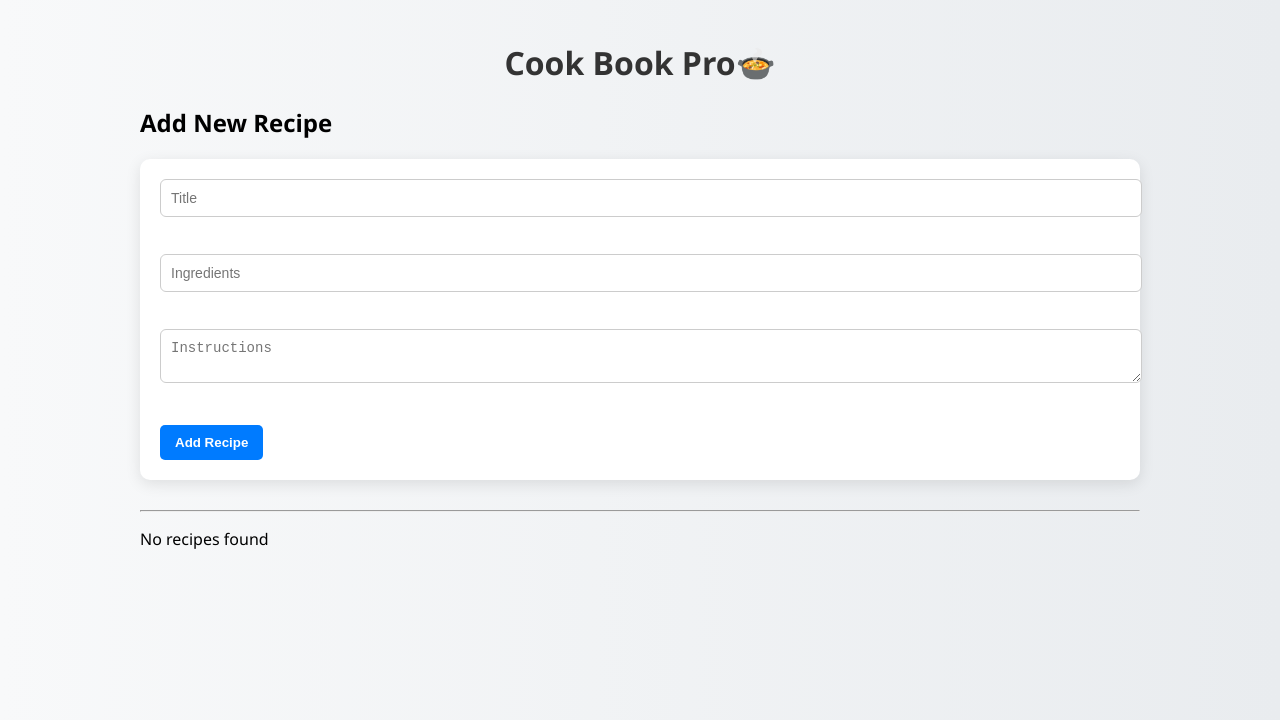
Repository: arshathdevo/recipeblogfrontend
Page: /
The author's editor kept a copy of each file at every save. The page is drawn from the files as they stood at one save, then again after a run of saves.
The browser window is 1280 px wide. The pictures show the whole page.
The page's requests for data from a server got no answer. The project was rebuilt for these pictures with package versions that can differ from the ones it lists, and the page was loaded fresh each time. No one was signed in, and anything a server would have sent is missing.

Above is the page before, as saved 2026-02-14 11:56:47.

### src/App.js
// import React, { useEffect, useState } from "react";
// import axios from "axios";


// function App() {
//   const [recipes, setRecipes] = useState([]);

//   useEffect(() => {
//     fetchRecipes();
//   }, []);

//   const fetchRecipes = async () => {
//     try {
//       const res = await axios.get("http://localhost:5000/api/recipes");
//       setRecipes(res.data);
//     } catch (error) {
//       console.error("Error fetching recipes:", error);
//     }
//   };
//   const [title, setTitle] = useState("");
// const [ingredients, setIngredients] = useState("");
// const [instructions, setInstructions] = useState("");

// const handleSubmit = async (e) => {
//   e.preventDefault();

//   try {
//     await axios.post("http://localhost:5000/api/recipes", {
//       title,
//       ingredients,
//       instructions,
//     });

//     // Clear form
//     setTitle("");
//     setIngredients("");
//     setInstructions("");

//     // Refresh recipe list
//     fetchRecipes();
//   } catch (error) {
//     console.error("Error adding recipe:", error);
//   }
// };


//   return (
//     <div style={{ padding: "20px" }}>
//       <h1>Recipe Blog App 🍲</h1>

//       {recipes.length === 0 ? (
//         <p>No recipes found</p>
//       ) : (
//         recipes.map((recipe) => (
//           <div
//             key={recipe._id}
//             style={{
//               border: "1px solid #ccc",
//               padding: "10px",
//               margin: "10px 0",
//             }}
//           >
//             <h2>Add New Recipe</h2>
// <form onSubmit={handleSubmit}>
//   <input
//     type="text"
//     placeholder="Title"
//     value={title}
//     onChange={(e) => setTitle(e.target.value)}
//   />
//   <br /><br />

//   <input
//     type="text"
//     placeholder="Ingredients"
//     value={ingredients}
//     onChange={(e) => setIngredients(e.target.value)}
//   />
//   <br /><br />

//   <textarea
//     placeholder="Instructions"
//     value={instructions}
//     onChange={(e) => setInstructions(e.target.value)}
//   />
//   <br /><br />

//   <button type="submit">Add Recipe</button>
// </form>

// <hr />

//             <h2>{recipe.title}</h2>
//             <p><strong>Ingredients:</strong> {recipe.ingredients}</p>
//             <p><strong>Instructions:</strong> {recipe.instructions}</p>
//           </div>
//         ))
//       )}
//     </div>
//   );
// }

// export default App;
import "./App.css";
import React, { useEffect, useState } from "react";
import axios from "axios";



function App() {
  const [recipes, setRecipes] = useState([]);
  const [title, setTitle] = useState("");
  const [ingredients, setIngredients] = useState("");
  const [instructions, setInstructions] = useState("");
  const [editId, setEditId] = useState(null);

  useEffect(() => {
    fetchRecipes();
  }, []);

  const fetchRecipes = async () => {
    try {
      const res = await axios.get("http://localhost:5000/api/recipes");
      setRecipes(res.data);
    } catch (error) {
      console.error("Error fetching recipes:", error);
    }
  };

 const handleSubmit = async (e) => {
  e.preventDefault();

  try {
    if (editId) {
      await axios.put(`http://localhost:5000/api/recipes/${editId}`, {
        title,
        ingredients,
        instructions,
      });
      setEditId(null);
    } else {
      await axios.post("http://localhost:5000/api/recipes", {
        title,
        ingredients,
        instructions,
      });
    }

    setTitle("");
    setIngredients("");
    setInstructions("");
    fetchRecipes();
  } catch (error) {
    console.error("Error saving recipe:", error);
  }
};

  const handleDelete = async (id) => {
  try {
    await axios.delete(`http://localhost:5000/api/recipes/${id}`);
    fetchRecipes(); // refresh list
  } catch (error) {
    console.error("Error deleting recipe:", error);
  }
};
const handleEdit = (recipe) => {
  setTitle(recipe.title);
  setIngredients(recipe.ingredients);
  setInstructions(recipe.instructions);
  setEditId(recipe._id);
};



  return (
    <div className="container">
      <h1>Cook Book Pro🍲</h1>

      {/* ✅ FORM SHOULD BE OUTSIDE MAP */}
      <h2>Add New Recipe</h2>
      <form onSubmit={handleSubmit}>
        <input
          type="text"
          placeholder="Title"
          value={title}
          onChange={(e) => setTitle(e.target.value)}
        />
        <br /><br />

        <input
          type="text"
          placeholder="Ingredients"
          value={ingredients}
          onChange={(e) => setIngredients(e.target.value)}
        />
        <br /><br />

        <textarea
          placeholder="Instructions"
          value={instructions}
          onChange={(e) => setInstructions(e.target.value)}
        />
        <br /><br />

        <button type="submit">Add Recipe</button>
      </form>

      <hr />

      {/* ✅ DISPLAY RECIPES */}
     {recipes.length === 0 ? (
  <p>No recipes found</p>
) : (
  <div className="recipe-grid">
    {recipes.map((recipe) => (

         <div key={recipe._id} className="card">

            <h2>{recipe.title}</h2>
            <p><strong>Ingredients:</strong> {recipe.ingredients}</p>
            <p><strong>Instructions:</strong> {recipe.instructions}</p>
            <div className="button-group">

              <button className="edit-btn" onClick={() => handleEdit(recipe)}>

  Edit
</button>



            <button className="delete-btn" onClick={() => handleDelete(recipe._id)}>

  Delete
</button></div>

          </div>
        ))}
        </div>
      )}
    </div>
  );
}

export default App;

### src/App.css
body {
  margin: 0;
  font-family: 'Segoe UI', Tahoma, Geneva, Verdana, sans-serif;
  background: linear-gradient(to right, #f8f9fa, #e9ecef);
}

.container {
  max-width: 1000px;
  margin: auto;
  padding: 20px;
}

h1 {
  text-align: center;
  color: #333;
}

form {
  background: white;
  padding: 20px;
  border-radius: 10px;
  box-shadow: 0 4px 15px rgba(0, 0, 0, 0.1);
  margin-bottom: 30px;
}

form input,
form textarea {
  width: 100%;
  padding: 10px;
  margin-bottom: 15px;
  border-radius: 6px;
  border: 1px solid #ccc;
  font-size: 14px;
}

form button {
  background-color: #007bff;
  padding: 10px 15px;
  font-weight: bold;
}

form button:hover {
  background-color: #0056b3;
}

.recipe-grid {
  display: grid;
  grid-template-columns: repeat(auto-fit, minmax(280px, 1fr));
  gap: 20px;
}

.card {
  background: white;
  padding: 15px;
  border-radius: 10px;
  box-shadow: 0 4px 12px rgba(0, 0, 0, 0.08);
  transition: transform 0.2s ease;
}

.card:hover {
  transform: translateY(-5px);
}

.card h2 {
  margin-top: 0;
}

.button-group {
  margin-top: 10px;
}

.edit-btn {
  background-color: #28a745;
  margin-right: 10px;
}

.edit-btn:hover {
  background-color: #1e7e34;
}

.delete-btn {
  background-color: #dc3545;
}

.delete-btn:hover {
  background-color: #b02a37;
}

button {
  border: none;
  color: white;
  padding: 8px 12px;
  border-radius: 5px;
  cursor: pointer;
}

Loaded but not shown: src/index.js (common file)

After the next 2 saves:
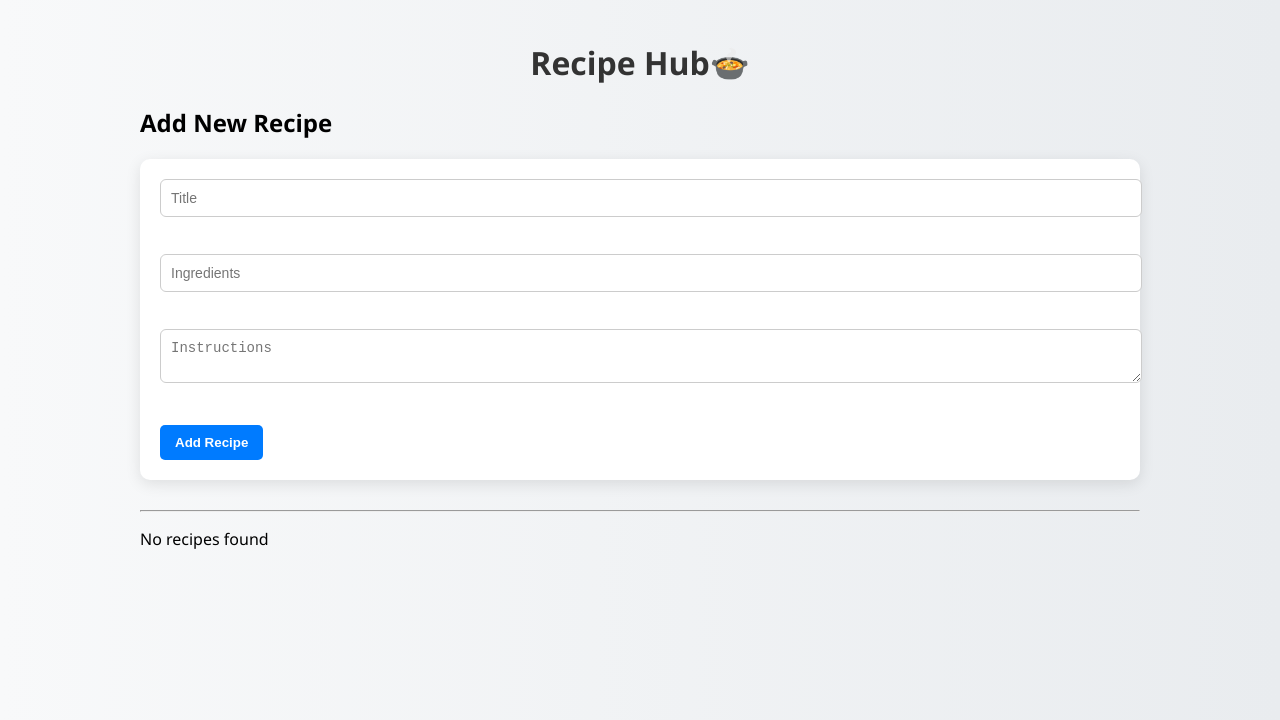
The 2 saves are shown as one change because they came seconds apart.
The last was saved 2 min 42 s later.
--- a/src/App.js
+++ b/src/App.js
@@ -174,7 +174,7 @@ const handleEdit = (recipe) => {
 
   return (
     <div className="container">
-      <h1>Cook Book Pro🍲</h1>
+      <h1>Recipe Hub🍲</h1>
 
       {/* ✅ FORM SHOULD BE OUTSIDE MAP */}
       <h2>Add New Recipe</h2>
